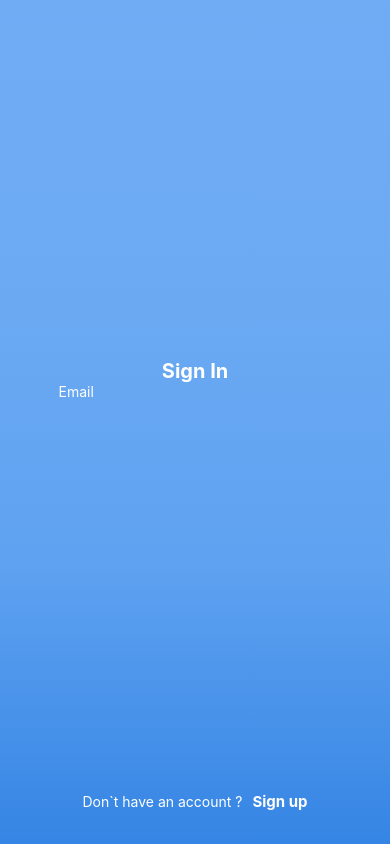
Repository: kamarajcalm/loginpage
Screen: /
The author's editor kept a copy of each file at every save. The screen is drawn from the files as they stood at one save, then again after the next save.
The app was drawn by React Native's web renderer in a window 390 px wide. The project was rebuilt for these pictures with package versions that can differ from the ones it lists, and the page was loaded fresh each time.

Above is the screen before, as saved 2021-12-25 23:55:29.

After the next save:
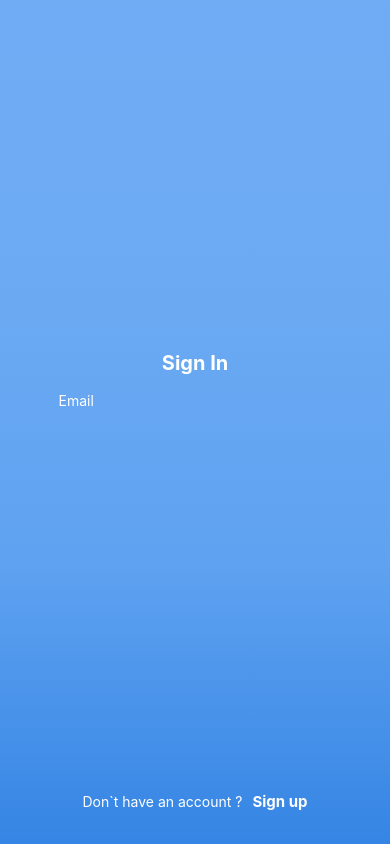
Saved 23 s later.
--- a/App.js
+++ b/App.js
@@ -39,7 +39,8 @@ const styles = StyleSheet.create({
 
   },
   textInputContainer: {
-    paddingHorizontal: width * 0.15
+    paddingHorizontal: width * 0.15,
+    marginTop: height * 0.02
   },
   center: {
     alignItems: "center",
